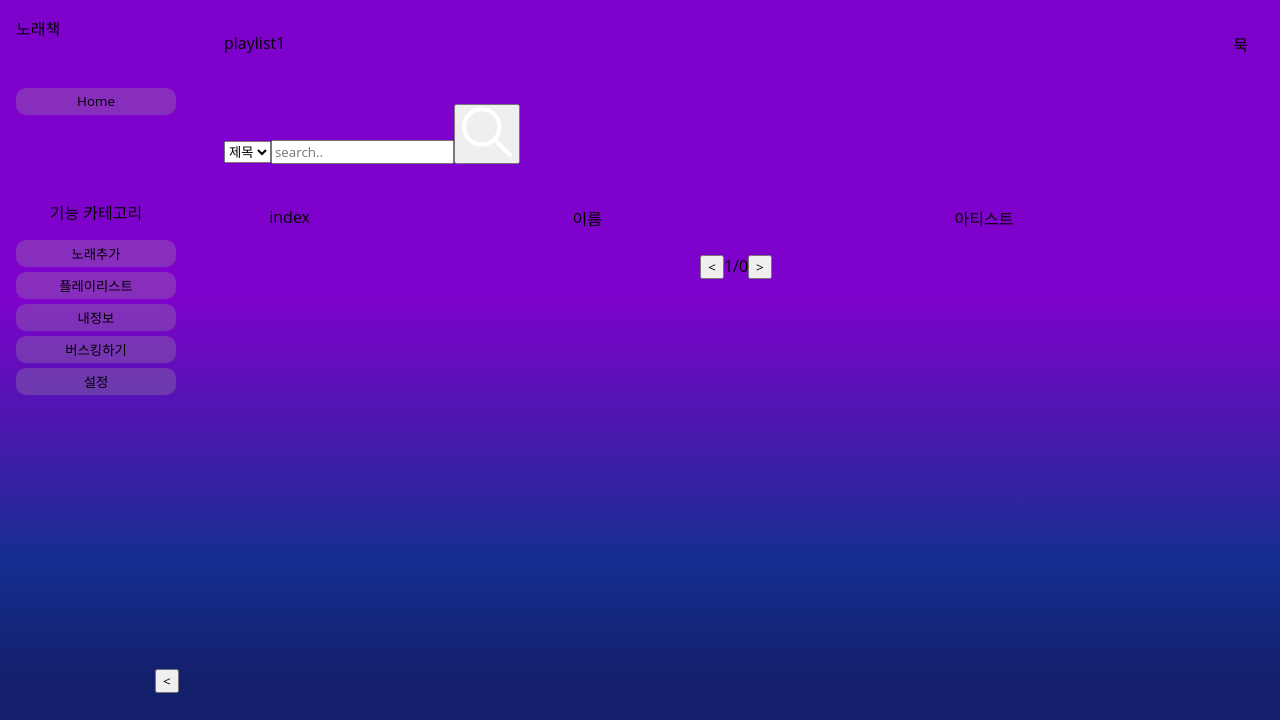
Repository: Unique0902/busking
Page: /app/add
These files come from the project's save history. The page is drawn as it stood at one moment and after a run of saves; the edit follows.
The browser window is 1280 px wide. The pictures show the whole page.
The page's requests for data from a server got no answer. The project was rebuilt for these pictures with package versions that can differ from the ones it lists, and the page was loaded fresh each time. No one was signed in, and anything a server would have sent is missing. Also part of the build but not shown: src/routes/login/login.module.css, src/components/login_header/login_nav.module.css, src/components/login_header/login_nav.jsx, src/components/app_description/app_description.module.css, src/components/app_description/app_description.jsx, src/routes/login/login.jsx, src/routes/app/app_home/app_home.module.css, src/routes/app/app_home/app_home.jsx and 8 more.

Above is the page before, as saved 2022-08-30 15:06:42.

### public/index.html
<!DOCTYPE html>
<html lang="en">
  <head>
    <meta charset="utf-8" />
    <link rel="icon" href="%PUBLIC_URL%/favicon.ico" />
    <meta name="viewport" content="width=device-width, initial-scale=1" />
    <meta name="theme-color" content="#000000" />
    <meta
      name="description"
      content="Web site created using create-react-app"
    />
    <title>노래책</title>
  </head>
  <body>
    <noscript>You need to enable JavaScript to run this app.</noscript>
    <div id="root"></div>
  </body>
</html>

### src/index.js
import React from 'react';
import ReactDOM from 'react-dom/client';
import './index.css';
import App from './routes/app/app';
import { BrowserRouter, Routes, Route } from 'react-router-dom';
import Login from './routes/login/login';
import App_home from './routes/app/app_home/app_home';
import App_add from './routes/app/app_add/app_add';
import App_busking from './routes/app/app_busking/app_busking';
import App_inform from './routes/app/app_inform/app_inform';
import App_playlist from './routes/app/app_playlist/app_playlist';
import App_setting from './routes/app/app_setting/app_setting';
import axios from 'axios';
import Lastfm from './service/lastfm';

const root = ReactDOM.createRoot(document.getElementById('root'));
const httpClient = axios.create({
  baseURL: 'https://ws.audioscrobbler.com/2.0',
  params: { api_key: process.env.REACT_APP_LASTFM_API_KEY },
});
const lastfm = new Lastfm(httpClient);

root.render(
  <React.StrictMode>
    <BrowserRouter>
      <Routes>
        <Route path='/' element={<Login />} />
        <Route path='app' element={<App />}>
          <Route path='home' element={<App_home />} />
          <Route path='add' element={<App_add lastfm={lastfm} />} />
          <Route path='busking' element={<App_busking />} />
          <Route path='inform' element={<App_inform />} />
          <Route path='playlist' element={<App_playlist />} />
          <Route path='setting' element={<App_setting />} />
        </Route>
      </Routes>
    </BrowserRouter>
  </React.StrictMode>
);

### src/index.css
* {
  box-sizing: border-box;
  font-family: 'Open Sans', sans-serif;
}

button {
  cursor: pointer;
}
li {
  list-style: none;
}
body {
  margin: 0;
}
p,
h1,
h2 {
  margin: 0;
}
ul {
  padding: 0;
}

### src/routes/app/app.jsx
import Sidebar from '../../components/sidebar/sidebar';
import './app.module.css';
import styles from './app.module.css';
import { Routes, Route, Outlet } from 'react-router-dom';
import App_header from '../../components/app_header/app_header';

function App() {
  return (
    <section className={styles.app}>
      <Sidebar />
      <main className={styles.main}>
        <App_header />
        <Outlet />
      </main>
    </section>
  );
}

export default App;

### src/routes/app/app_add/app_add.jsx
import React, { useRef } from 'react';
import { useState } from 'react';
import styles from './app_add.module.css';
import SearchResult from '../../../components/searchResult/searchResult';
import Page_num_screen from '../../../components/page_num_screen/page_num_screen';

const App_add = ({ lastfm }) => {
  const [searchResults, setSearchResults] = useState([]);
  const [resultNum, setResultNum] = useState(0);
  const [pageNum, setPageNum] = useState(1);
  const searchRef = useRef();
  const selectRef = useRef();
  const search = () => {
    if (searchRef.current.value) {
      if (selectRef.current.value === '제목') {
        lastfm
          .searchSongByName(searchRef.current.value, pageNum)
          .then((result) => {
            setSearchResults(result.trackmatches.track);
            setResultNum(parseInt(result['opensearch:totalResults']));
          });
      } else if (selectRef.current.value === '가수') {
        lastfm
          .searchSongByArtist(searchRef.current.value, pageNum)
          .then((result) => {
            setSearchResults(result.trackmatches.track);
            setResultNum(parseInt(result['opensearch:totalResults']));
          });
      }
    }
  };
  const plusPage = () => {
    setPageNum(pageNum + 1);
    search();
  };
  const minusPage = () => {
    if (pageNum !== 1) {
      setPageNum(pageNum - 1);
      search();
    }
  };
  return (
    <>
      <header className={styles.searchBar}>
        <select
          ref={selectRef}
          onChange={() => {
            setPageNum(1);
            search();
          }}
        >
          <option value='제목'>제목</option>
          <option value='가수'>가수</option>
        </select>
        <input
          type='search'
          placeholder='search..'
          ref={searchRef}
          onChange={() => {
            setPageNum(1);
            search();
          }}
        />
        <button type='submit'>
          <img src='/images/search.png' alt='search' />
        </button>
      </header>
      <section className={styles.results}>
        <ul>
          <li className={styles.description}>
            <div className={styles.index}>index</div>
            <div className={styles.name}>이름</div>
            <div className={styles.artist}>아티스트</div>
            <div className={styles.btn}></div>
          </li>
          {searchResults &&
            searchResults.map((result) => (
              <SearchResult
                key={searchResults.indexOf(result)}
                index={searchResults.indexOf(result) + 1 + (pageNum - 1) * 6}
                result={result}
                btnText='추가'
              />
            ))}
        </ul>
        <Page_num_screen
          resultNum={resultNum}
          pageNum={pageNum}
          onPagePlus={plusPage}
          onPageMinus={minusPage}
        />
      </section>
    </>
  );
};

export default App_add;

### src/service/lastfm.js
'use strict';

class Lastfm {
  constructor(httpClient) {
    this.lastfm = httpClient;
  }
  async searchSongByName(title, pageNum) {
    const response = await this.lastfm.get('', {
      params: {
        method: 'track.search',
        track: title,
        page: pageNum,
        limit: '6',
        format: 'json',
      },
    });
    return response.data.results;
  }
  async searchSongByArtist(artist, pageNum) {
    const response = await this.lastfm.get('', {
      params: {
        method: 'track.search',
        track: ' ',
        artist: artist,
        page: pageNum,
        limit: '6',
        format: 'json',
      },
    });
    return response.data.results;
  }
  async searchArtist(artist) {
    const response = await this.lastfm.get('', {
      params: {
        method: 'artist.search',
        artist: artist,
        format: 'json',
      },
    });
    return response.data.results;
  }
  async searchTopTrackByCorrectArtist(mbid) {
    const response = await this.lastfm.get('', {
      params: {
        method: 'artist.gettoptrack',
        mbid: mbid,
        format: 'json',
      },
    });
    return response.data.results;
  }
}

export default Lastfm;

### src/components/sidebar/sidebar.jsx
import React from 'react';
import styles from './sidebar.module.css';
import { useNavigate } from 'react-router-dom';

const Sidebar = (props) => {
  let navigate = useNavigate();
  return (
    <>
      <aside className={styles.sideBar}>
        <div className={styles.logo}>
          <img src='' alt='' />
          <p>노래책</p>
        </div>
        <ul className={styles.list}>
          <li>
            <button
              onClick={() => {
                navigate('home');
              }}
              className={styles.listBtn}
            >
              Home
            </button>
          </li>
          <li>
            <p className={styles.category}>기능 카테고리</p>
          </li>
          <li>
            <button
              onClick={() => {
                navigate('add');
              }}
              className={styles.listBtn}
            >
              노래추가
            </button>
          </li>
          <li>
            <button
              onClick={() => {
                navigate('playlist');
              }}
              className={styles.listBtn}
            >
              플레이리스트
            </button>
          </li>
          <li>
            <button
              onClick={() => {
                navigate('inform');
              }}
              className={styles.listBtn}
            >
              내정보
            </button>
          </li>
          <li>
            <button
              onClick={() => {
                navigate('busking');
              }}
              className={styles.listBtn}
            >
              버스킹하기
            </button>
          </li>
          <li>
            <button
              onClick={() => {
                navigate('setting');
              }}
              className={styles.listBtn}
            >
              설정
            </button>
          </li>
          <li>
            <button className={styles.closeBtn}> {'<'} </button>
          </li>
        </ul>
      </aside>
    </>
  );
};

export default Sidebar;

### src/routes/app/app.module.css
@value makerWhite from  '../../common/colors.css';

.app {
  background: rgb(127, 2, 204);
  background: linear-gradient(
    180deg,
    rgba(127, 2, 204, 1) 41%,
    rgba(21, 46, 144, 1) 78%,
    rgba(19, 31, 106, 1) 95%
  );
  color: makerWhite;
  height: 100vh;
  display: flex;
}

.main {
  flex-basis: 85%;
  padding: 2em;
}

### src/components/app_header/app_header.jsx
import React from 'react';
import styles from './app_header.module.css';

const App_header = (props) => {
  return (
    <>
      <header className={styles.header}>
        <div className={styles.playlists}>playlist1</div>
        <div className={styles.users}>묵</div>
      </header>
    </>
  );
};

export default App_header;

### src/routes/app/app_add/app_add.module.css
.results {
  height: 30em;
}
.searchBar {
  margin-bottom: 2em;
}
.description {
  display: flex;
  flex-direction: row;
  justify-content: space-between;
  text-align: center;
  padding: 0.6em 1em;
}
.index {
  flex-basis: 10%;
}
.name {
  flex-basis: 50%;
}
.artist {
  flex-basis: 30%;
}
.btn {
  flex-basis: 10%;
}

### src/components/page_num_screen/page_num_screen.jsx
import React from 'react';
import styles from './page_num_screen.module.css';

const Page_num_screen = ({ resultNum, pageNum, onPagePlus, onPageMinus }) => {
  return (
    <div className={styles.screen}>
      <button className={styles.btn} onClick={() => onPageMinus()}>
        {'<'}
      </button>
      <p>{pageNum}/</p>
      <p>{parseInt(resultNum / 6)}</p>
      <button className={styles.btn} onClick={() => onPagePlus()}>
        {'>'}
      </button>
    </div>
  );
};

export default Page_num_screen;

### src/components/sidebar/sidebar.module.css
@value makerWhite from  '../../common/colors.css';
@value makerBlack from  '../../common/colors.css';
@value makerLightGrey from  '../../common/colors.css';
@value makerGrey from  '../../common/colors.css';
@value fontBigg from  '../../common/size.css';
@value fontMedium from  '../../common/size.css';
@value fontMediumm from  '../../common/size.css';
@value fontSmall from  '../../common/size.css';

.sideBar {
  flex-basis: 15%;
  padding: 1em;
  background-color: makerBlack;
  color: makerWhite;
  position: relative;
}
.logo {
  display: flex;
  font-size: fontBigg;
  margin-bottom: 3em;
}
.category {
  color: makerLightGrey;
  font-size: fontMediumm;
  text-align: center;
  margin-top: 5em;
  margin-bottom: 1em;
}

.listBtn {
  background-color: rgba(151, 149, 149, 0.3);
  border: none;
  border-radius: 10px;
  height: 2em;
  margin-bottom: 0.4em;
  width: 100%;
  font-size: fontMedium;
  color: makerWhite;
}
.list > li {
  width: 100%;
}
.closeBtn {
  position: absolute;
  right: 1em;
  bottom: 2em;
  background-color: makerBlack;
  color: makerWhite;
}

### src/components/app_header/app_header.module.css
.header {
  display: flex;
  justify-content: space-between;
  margin-bottom: 3em;
}

### src/components/page_num_screen/page_num_screen.module.css
@value makerWhite from  '../../common/colors.css';
@value makerBlack from  '../../common/colors.css';
@value makerLightGrey from  '../../common/colors.css';
@value makerGrey from  '../../common/colors.css';
@value fontBigg from  '../../common/size.css';
@value fontMedium from  '../../common/size.css';
@value fontMediumm from  '../../common/size.css';
@value fontSmall from  '../../common/size.css';

.screen {
  display: flex;
  justify-content: center;
}

Loaded but not shown: src/routes/app/app_inform/app_inform.module.css (no stored copy; drawn as an empty file); src/routes/app/app_setting/app_setting.module.css (no stored copy; drawn as an empty file)

After the next 2 saves:
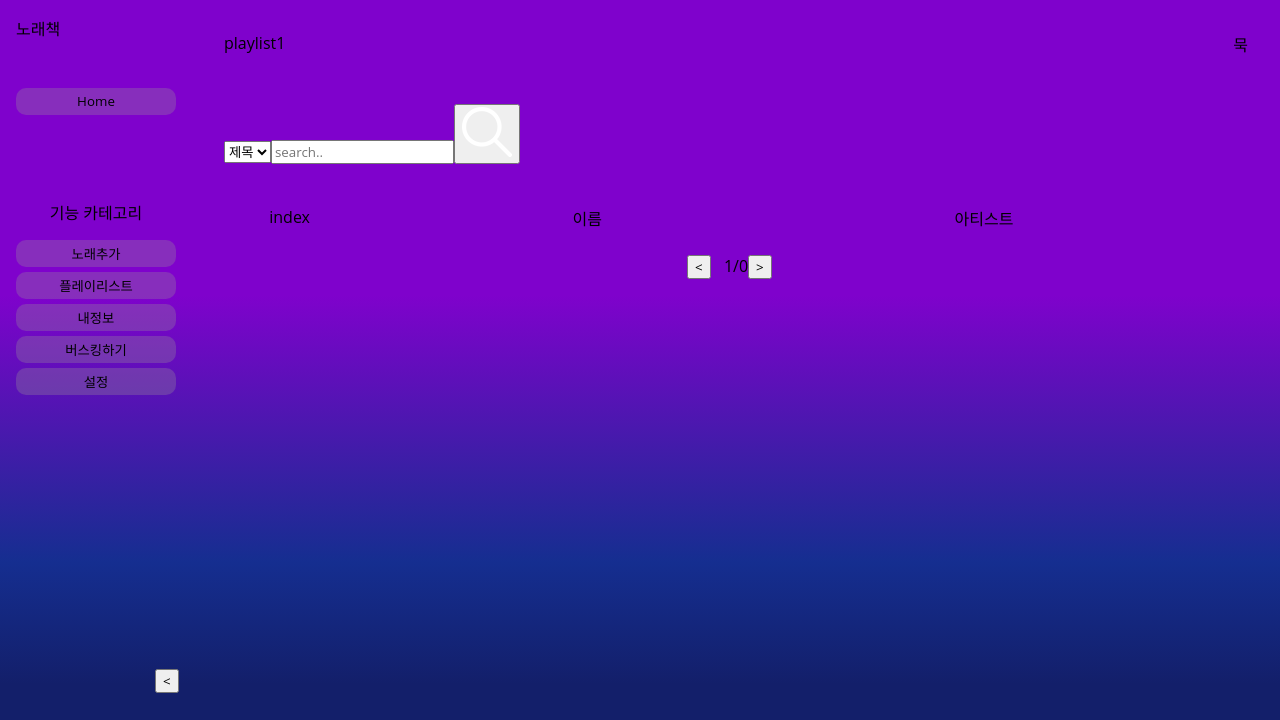
The 2 saves are shown as one change because they came seconds apart.
The last was saved 19 s later.
--- a/src/components/page_num_screen/page_num_screen.module.css
+++ b/src/components/page_num_screen/page_num_screen.module.css
@@ -11,3 +11,6 @@
   display: flex;
   justify-content: center;
 }
+.btn {
+  margin-right: 1em;
+}
